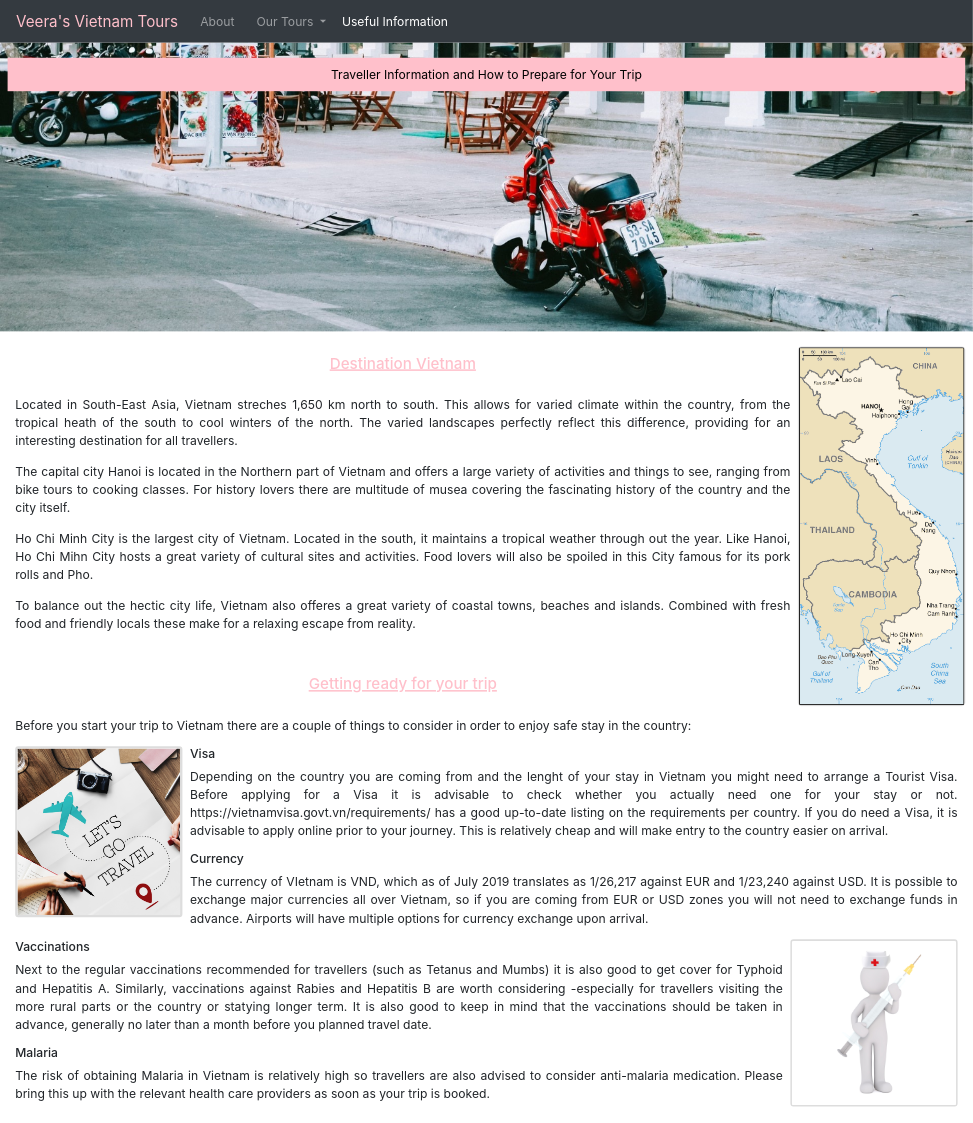
Repository: VAhola/VietnamTour
Page: Info.html
The author's editor kept a record of every edit. The page is drawn from the files as they stood at one moment, then again after the next edit.
The browser window is 1280 px wide. The pictures show the whole page, at 76% of full size.

Above is the page before.

### Info.html
<!DOCTYPE html>
<html lang="en">
<head>
    <meta charset="UTF-8">
    <meta name="viewport" content="width=device-width, initial-scale=1.0">
    <meta http-equiv="X-UA-Compatible" content="ie=edge">
    <link rel="stylesheet" href="https://stackpath.bootstrapcdn.com/bootstrap/4.3.1/css/bootstrap.min.css" type="text/css" />
    <link rel="stylesheet" href="https://stackpath.bootstrapcdn.com/font-awesome/4.7.0/css/font-awesome.min.css" type="text/css" />
    <link rel="stylesheet" href="style.css" type="text/css" />
    <title>Vietnam Project</title>
</head>
<body>

<!--Nav-->

    <nav class="navbar navbar-dark navbar-expand-sm bg-dark top">
        <a href="index.html" class="navbar-brand title">
                    Veera's Vietnam Tours</a>

     <button class="navbar-toggler ml-auto" type="button" data-toggle="collapse" data-target="#navbarNavDropdown" aria-controls="navbarNavDropdown" aria-expanded="false" aria-label="Toggle navigation">
        <span class="navbar-toggler-icon"></span></button>
      <div class="collapse navbar-collapse" id="navbarNavDropdown">
            <ul class="navbar-nav mr-auto">
                <li class="nav-item mr-2"><a class="nav-link" href="about.html">About</a></li>
                <li class="nav-item dropdown">
                    <a class="nav-link dropdown-toggle" href="#" id="navbarDropdownMenuLink" role="button" data-toggle="dropdown" aria-haspopup="true" aria-expanded="false">
          Our Tours
        </a>
                    <div class="dropdown-menu" aria-labelledby="navbarDropdownMenuLink">
                        <a class="dropdown-item" href="16d.html">16 Day Complete Vietnam</a>
                        <a class="dropdown-item" href="8d.html">8 Days Vietnam at glance</a>
                    </div>
                </li>
                <li class="active nav-item mr-2"><a class="nav-link" href="Info.html">Useful Information</a></li>
            </ul>
            </div>
        </nav>
<!-- /.nav -->

<!--Banner-->
<section class="section2">
<p class="intro">Traveller Information and How to Prepare for Your Trip</p>
</section>

<!-- /.Banner -->

<!--Main-->

<section>


<img src="Assets/pictures/vietnam_sm_2008.gif" style="float: right" class="map_right">

<div class="dest">
<h5>Destination Vietnam</h5>
</div>

<div class="dest">
<p>Located in South-East Asia, Vietnam streches 1,650 km north to south. This allows for varied climate within the country, from the tropical heath of the south to cool winters of the north. The varied landscapes perfectly reflect this difference, providing for an interesting destination for all travellers.</p>
<p>The capital city Hanoi is located in the Northern part of Vietnam and offers a large variety of activities and things to see, ranging from bike tours to cooking classes. For history lovers there are multitude of musea covering the fascinating history of the country and the city itself.</p>
<p>Ho Chi Minh City is the largest city of Vietnam. Located in the south, it maintains a tropical weather through out the year. Like Hanoi, Ho Chi Mihn City hosts a great variety of cultural sites and activities. Food lovers will also be spoiled in this City famous for its pork rolls and Pho.</p>

<p>To balance out the hectic city life, Vietnam also offeres a great variety of coastal towns, beaches and islands. Combined with fresh food and friendly locals these make for a relaxing escape from reality.</p>

</div>
</div>

<div class="dest">
<h5>Getting ready for your trip</h5>
</div>

<div class="dest">
<p>Before you start your trip to Vietnam there are a couple of things to consider in order to enjoy safe stay in the country:</p>

<img src="Assets/pictures/art-camera-journey-970203.jpg" style="float: left" class="info_left">
<h6>Visa</h6>
<p>Depending on the country you are coming from and the lenght of your stay in Vietnam you might need to arrange a Tourist Visa. Before applying for a Visa it is advisable to check whether you actually need one for your stay or not.  https://vietnamvisa.govt.vn/requirements/ has a good up-to-date listing on the requirements per country. If you do need a Visa, it is advisable to apply online prior to your journey. This is relatively cheap and will make entry to the country easier on arrival.</p>

<h6>Currency</h6>
<p>The currency of VIetnam is VND, which as of July 2019 translates as 1/26,217 against EUR and 1/23,240 against USD. It is possible to exchange major currencies all over Vietnam, so if you are coming from EUR or USD zones you will not need to exchange funds in advance. Airports will have multiple options for currency exchange upon arrival.</p>

<img src="Assets/pictures/medical-sister-1780696_1920.jpg" style="float: right" class="info_right">

<h6>Vaccinations</h6>
<p>Next to the regular vaccinations recommended for travellers (such as Tetanus and Mumbs) it is also good to get cover for Typhoid and Hepatitis A. Similarly, vaccinations against Rabies and Hepatitis B are worth considering -especially for travellers visiting the more rural parts or the country or statying longer term. It is also good to keep in mind that the vaccinations should be taken in advance, generally no later than a month before you planned travel date.</p>

<h6>Malaria</h6
<p>The risk of obtaining Malaria in Vietnam is relatively high so travellers are also advised to consider anti-malaria medication. Please bring this up with the relevant health care providers as soon as your trip is booked.</p>


</diV>
</div>
 <footer>

 </footer>

    <script src="https://code.jquery.com/jquery-3.3.1.slim.min.js" integrity="sha384-q8i/X+965DzO0rT7abK41JStQIAqVgRVzpbzo5smXKp4YfRvH+8abtTE1Pi6jizo" crossorigin="anonymous"></script>
    <script src="https://cdnjs.cloudflare.com/ajax/libs/popper.js/1.14.3/umd/popper.min.js" integrity="sha384-ZMP7rVo3mIykV+2+9J3UJ46jBk0WLaUAdn689aCwoqbBJiSnjAK/l8WvCWPIPm49" crossorigin="anonymous"></script>
    <script src="https://stackpath.bootstrapcdn.com/bootstrap/4.1.3/js/bootstrap.min.js" integrity="sha384-ChfqqxuZUCnJSK3+MXmPNIyE6ZbWh2IMqE241rYiqJxyMiZ6OW/JmZQ5stwEULTy" crossorigin="anonymous"></script>

</body>
</html>

### style.css
html {
    border: none;
}

/*------------- Styling the header -----------*/

.header {
    background-color: #4F4F4F;
    background-position: center;
    text-align: center;
    background-size: cover;
    color: #fafafa;
    margin:0;
    padding-bottom: 10px;
    padding-top: 10px;

}


.button {
    color: white;
}


.navbar-dark .navbar-brand {
    color: pink;

}

.dropdown-menu {
    background-color: #4F4F4F;
}

.dropdown-item {
    color: #b9bec3;
}


a {
    color:#fafafa;
    margin-left: 5px;
}

.section1 {
    background-size: cover;
    text-align: center;
    background-image: url(Assets/pictures/bamboo-boat-clouds-cloudscape-2132098.jpg);
    background-repeat: no-repeat;
    min-height: 380px;
    color: black;
    padding: 20px 0px;
    background-position-y: bottom;
    background-position-x: center;
    background-color: darkgray;
}

.intro {
    background-color: pink;
    padding-top:10px;
    padding-bottom:10px;
}

h1 {
    color: gray;
    text-align: center;
    padding-bottom:20px;
    padding-top: 20px;
}

h2, h3{
    color: PINK;
    text-align: center;
    padding-bottom:20px;
    padding-top: 20px;
}

h5 {
    color: pink;
    text-align: center;
    margin-top: 20px;
    margin-bottom: 10px;
    text-decoration: underline;
}


li {
    list-style: none;
    text-align: center
}

img.quote {
    border-style: solid;
    border-color: gray;
    float: right;
}

dl, ol, ul {
    margin-top: 0;
    margin-bottom: 1rem;
    padding: 0;
}

.tours {
    color:darkgray;
    text-align:center;
    margin-bottom:30px;
}

.section3 {
    background-size: cover;
    text-align: center;
    background-image: url(Assets/pictures/bamboo-boat-clouds-cloudscape-2132098.jpg);
    background-repeat: no-repeat;
    min-height: 380px;
    color: black;
    padding: 20px 0px;
    background-position-y: bottom;
    background-position-x: center;
}


.about_us {
    text-align: justify;
    margin-left: 10px;
    margin-right: 10px;
}

.contacts {
    margin-left: 20px;
    margin-right: 10px;
}

.compact {
    margin: 0;
}

.man {
    background-image: url(Assets/pictures/hanoi-man-market-1004123.jpg);

}

.btn-success1 {
    color: #fff;
    background-color: pink;
    border-color: gray;
    border-width: thick;
}


.towel {
 text-align:center;
 padding-left:15px;
 padding-right:15px;
 background-color: yellow;
}

* {
  box-sizing: border-box;
}

div.box {
  float: left;
  width: 50%;
  padding: 20px;
}

div.center {
    text-align: center;
}

.clearfix::after {
  content: "";
  clear: both;
  display: table;
}

.internary16 {
    text-align: left;
    margin: 10px 20px;
    align-content: center;
    text-align: justify;
}

.right {
    height:200px;
    word-break: break-word;
    float:right;
    margin: 5px;
}

.left {
    height:200px;
    word-break: break-word;
    float:left;
    margin: 5px;
}

.woman {
    float: right;
}


article {
    margin: 5px;
}

img.iten_right {
    border: 1px solid #ddd;
    border-radius: 4px;
    padding: 5px;
    width: 300px;
    margin-left: 10px;
}

img.iten_left {
    border: 1px solid #ddd;
    border-radius: 4px;
    padding: 5px;
    width: 300px;
    margin-right: 10px;
}

img.map_right {
    border: 1px solid #ddd;
    border-radius: 4px;
    width: 220px;
    margin:20px 10px;
}

.info_left {
    border: 3px solid #ddd;
    border-radius: 4px;
    width: 220px;
    margin-right:10px;
}

.info_right {
    border: 2px solid #ddd;
    border-radius: 4px;
    width: 220px;
    margin-left:10px;
}

banner2 {
    display: inline-block;
}

.section2 {
    background-size: cover;
    text-align: center;
    background-image: url(Assets/pictures/chaly-pavement-road-2044867.jpg);
    background-repeat: no-repeat;
    min-height: 380px;
    color: black;
    padding: 20px 10px;
    background-position-y: bottom;
    background-position-x: center;
}

.dest {
    margin-left: 10px;
    margin-right: 10px;
    padding: 10px;
    text-align: justify;
}

.info {
    margin-top:20px;
}
.desth {
    margin-left: 10px;
    margin-right: 10px;
    text-align:center;
}

.ready {
    background-clip: white;
    margin-left: 10px;
    margin-right: 10px;
}

.grid-container-new {
  display: grid;
  justify-content: space-evenly;
  grid-template-columns: 25% 25% 25%; /*Make the grid smaller than the container*/
  grid-gap: 5px;
  padding: 10px;
}

.grid-container {
  display: grid;
  justify-content: space-evenly;
  grid-template-columns: 80% 20%; /*Make the grid smaller than the container*/
  grid-gap: 5px;
  padding: 10px;
}

.grid-item {
  background-color: rgba(255, 255, 255, 0.8);
  border: 1px solid rgba(0, 0, 0, 0.8);
  padding: 20px;
  font-size: 30px;
  text-align: center;
}

.gallery {
    display: grid;
    grid-template-columns: repeat(4, 1fr);
    grid-gap: 10px;
    padding-top:5px;
    margin: 30px 5px;
}

.gallery__img {
    width: 100%;
    height: 100%;
    object-fit: cover;
}

.people {
    display: grid;
    grid-template-columns: repeat(2, 1fr);
    grid-gap: 10px;
    margin-left: 5px;
    margin-right: 5px;
    padding-top:5px;
}

.people__img {
    width: 100%;
    height: 100%;
    object-fit: cover;
}

.header5 {
    color: pink;
    text-decoration: underline;
}



footer.site {
    background-color: #212529;
    color: pink;
    background-size: cover;
    margin-bottom: 0;
    padding-bottom: 10px;
    padding-top: 10px;
}

.bottom {
    margin-bottom: 0;
}
/* media queries */

@media (max-width:767px) {
    body {
    font-size:small;
    }
    .review{
    text-align:center;
    padding:20px 10px;
    margin-bottom:40px;
    display:inline;
    font-size:smaller;
    }
    h1{
    font-size:small;
    }
    img.map_right {
    border: 1px solid #ddd;
    border-radius: 4px;
    width: 130px;
    margin-left: 10px;
    }
    .section2 {
    background-size: cover;
    text-align: center;
    background-image: url(Assets/pictures/chaly-pavement-road-2044867.jpg);
    background-repeat: no-repeat;
    min-height: 180px;
    color: black;
    padding: 20px 10px;
    background-position-y: bottom;
    background-position-x: center;
    }
}

@media (min-width: 768px) and (max-width: 991px) {
}
    .review {
    text-align:center;
    padding:20px 10px;
    margin-bottom:40px;
    display:flex;
    }
}

@media (min-width: 992px) and (max-width: 1800px) {
    .review{
    text-align:center;
    padding:20px 10px;
    margin-bottom:40px;
    margin-left: 20px;
    margin-right: 20px;
    display:inline-flex;
    }
}

After the next edit:
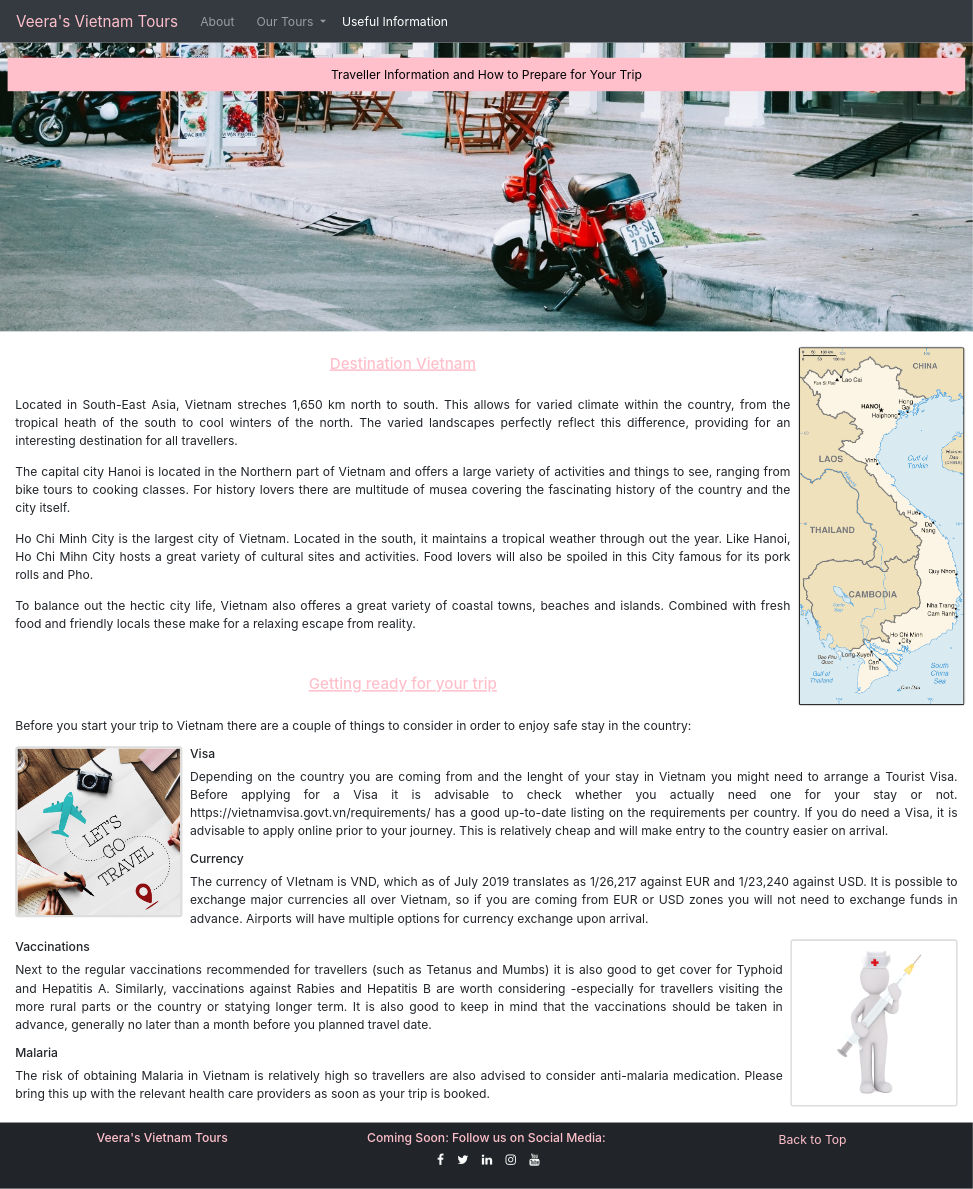
The edit:
--- a/Info.html
+++ b/Info.html
@@ -90,8 +90,51 @@
 
 </diV>
 </div>
- <footer>
 
+ <footer class="container-fluid site">
+        <div id="footer-details" class="row">
+            <div class="col-sm-4 center">
+                 <h6>Veera's Vietnam Tours</h6>
+            </div>
+            <div class="col-sm-4 center">
+                <h6 class="inline-block center">Coming Soon: Follow us on Social Media:</h6>
+                <ul class="list-inline center">
+                    <li class="list-inline-item">
+                        <a target="_blank" href="#">
+                            <i class="fa fa-facebook" aria-hidden="true"></i>
+                            <span class="sr-only">Facebook</span>
+                        </a>
+                    </li>
+                    <li class="list-inline-item">
+                        <a target="_blank" href="#">
+                            <i class="fa fa-twitter" aria-hidden="true"></i>
+                            <span class="sr-only">Twitter</span>
+                        </a>
+                    </li>
+                    <li class="list-inline-item">
+                        <a target="_blank" href="#">
+                            <i class="fa fa-linkedin" aria-hidden="true"></i>
+                            <span class="sr-only">LinkedIn</span>
+                        </a>
+                    </li>
+                    <li class="list-inline-item">
+                        <a target="_blank" href="#">
+                            <i class="fa fa-instagram" aria-hidden="true"></i>
+                            <span class="sr-only">Instagram</span>
+                        </a>
+                    </li>
+                    <li class="list-inline-item">
+                        <a target="_blank" href="#">
+                            <i class="fa fa-youtube" aria-hidden="true"></i>
+                            <span class="sr-only">YouTube</span>
+                        </a>
+                    </li>
+                </ul>
+            </div>
+           <div class="col-sm-4 center">
+                <a href="#top" style="color:pink">Back to Top</a>
+            </div>
+        </div>
  </footer>
 
     <script src="https://code.jquery.com/jquery-3.3.1.slim.min.js" integrity="sha384-q8i/X+965DzO0rT7abK41JStQIAqVgRVzpbzo5smXKp4YfRvH+8abtTE1Pi6jizo" crossorigin="anonymous"></script>
